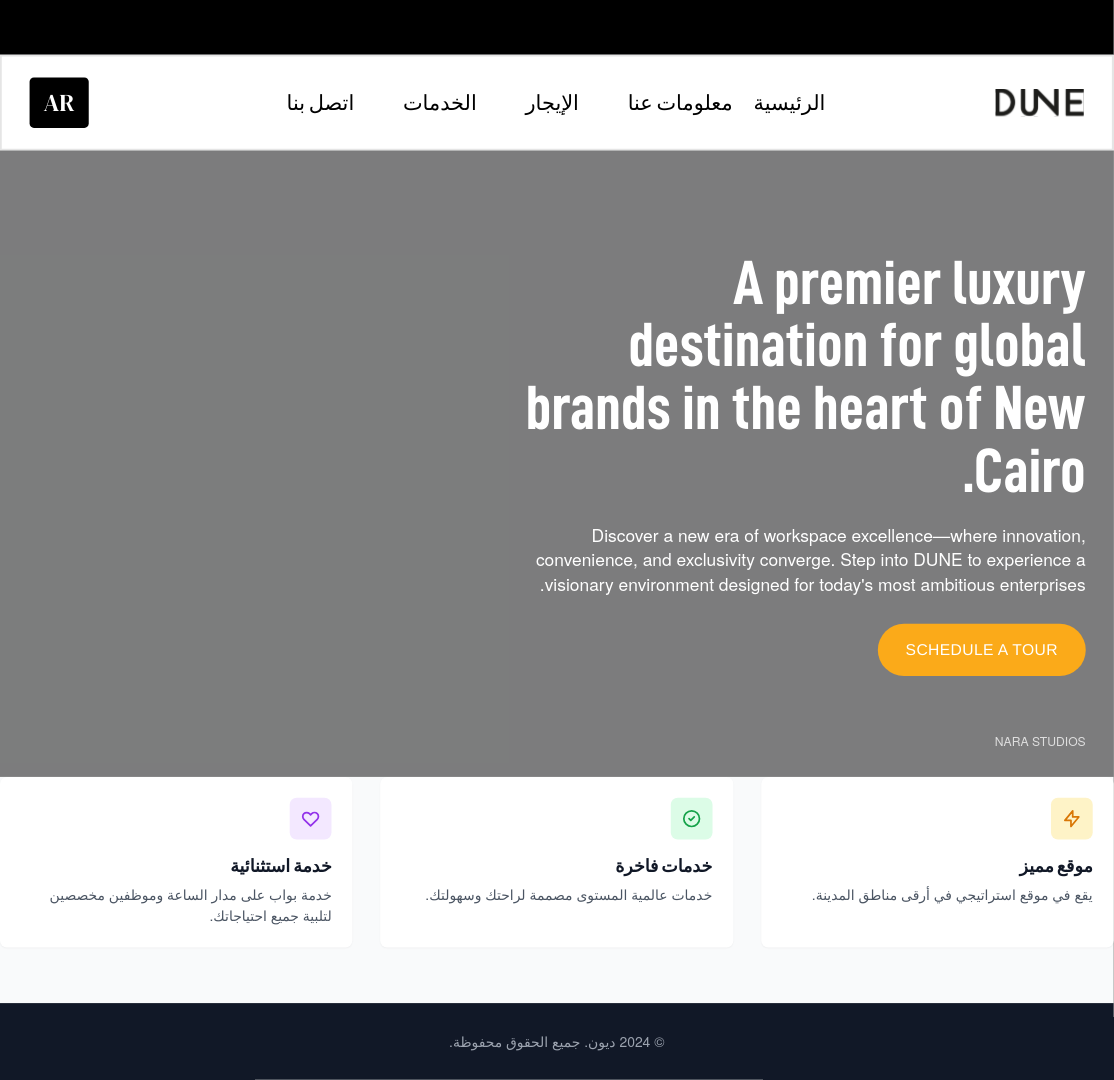
Repository: ahmedassr5765/dune
Page: index.html
An editor plug-in stored every save of this project. The page is shown before and after the next save, followed by the edit.
The browser window is 1280 px wide. The pictures show the whole page, at 87% of full size.
After loading, the first visible `#languageToggle` was clicked once.
Some web fonts or font styles are not loaded; a fallback is used. Some web libraries are served in a nearby version.

Above is the page before, as saved 2025-07-12 17:54:38.
Not found: images/hero-bg.jpg

After the next save:
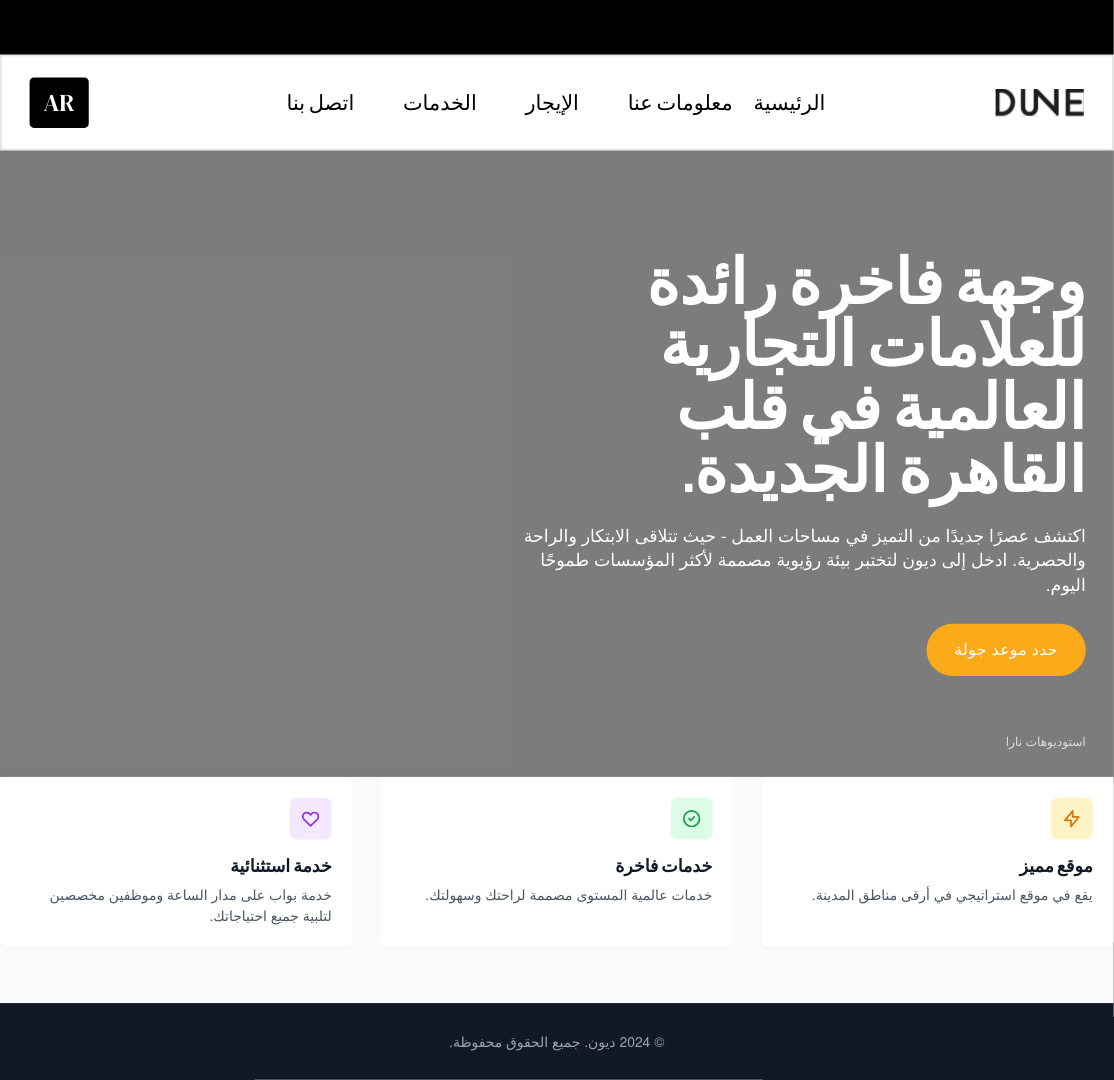
Saved 11 s later.
--- a/index.js
+++ b/index.js
@@ -54,15 +54,27 @@ function updateTextContent(lang) {
     });
 
     // Update main title
-    const mainTitle = document.querySelector('.main-title');
+    const mainTitle = document.querySelector('.hero-title');
     if (mainTitle) {
         mainTitle.textContent = mainTitle.getAttribute('data-' + lang);
     }
 
     // Update main subtitle
-    const mainSubtitle = document.querySelector('.main-subtitle');
+    const mainSubtitle = document.querySelector('.hero-subtitle');
     if (mainSubtitle) {
         mainSubtitle.textContent = mainSubtitle.getAttribute('data-' + lang);
+    }
+
+    // Update hero CTA button
+    const heroCta = document.querySelector('.hero-cta');
+    if (heroCta) {
+        heroCta.textContent = heroCta.getAttribute('data-' + lang);
+    }
+
+    // Update hero brand
+    const heroBrand = document.querySelector('.hero-brand');
+    if (heroBrand) {
+        heroBrand.textContent = heroBrand.getAttribute('data-' + lang);
     }
 
     // Update buttons
